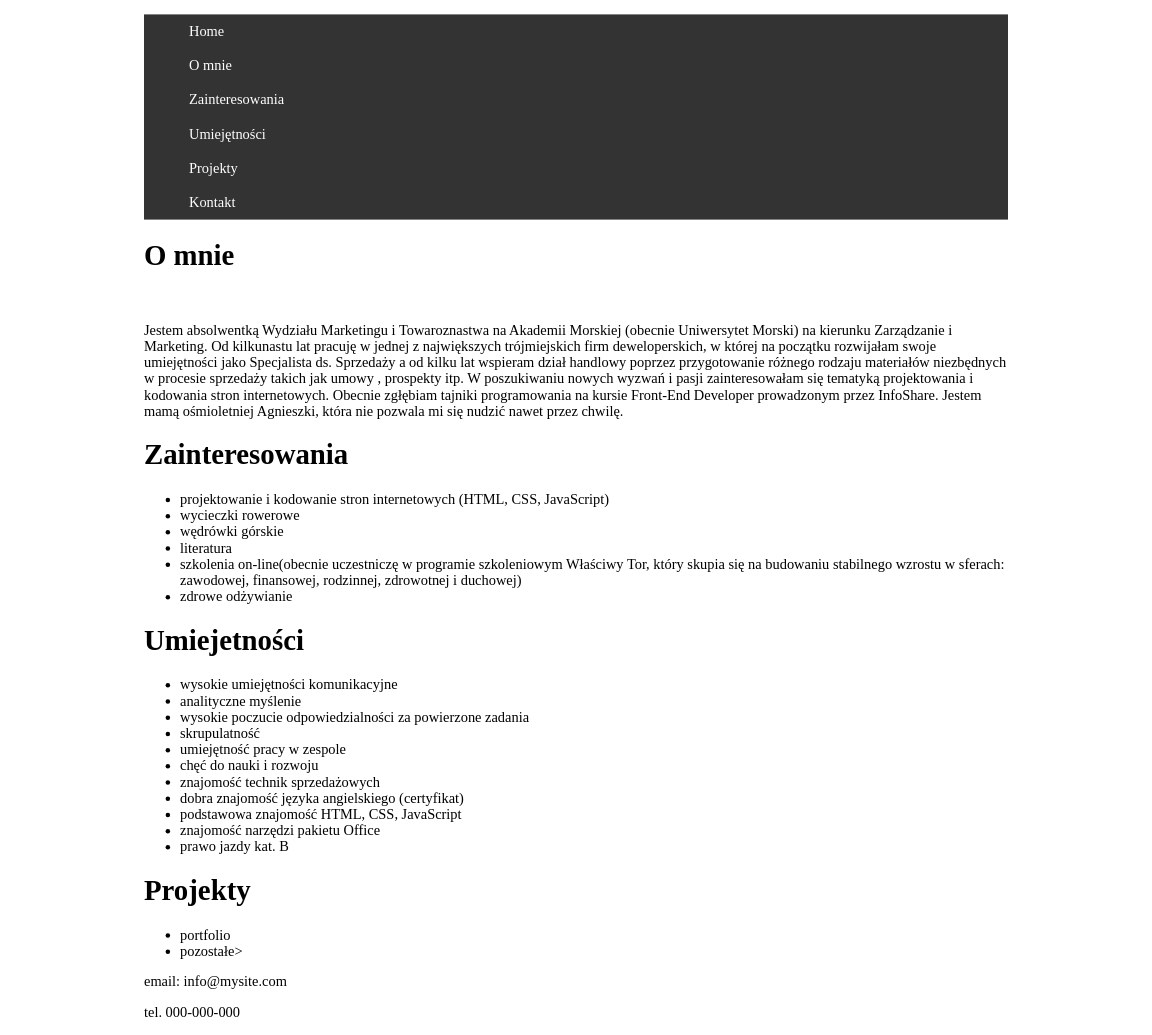
Repository: MagJaw/portfolio
Page: portfolio.html
These files come from the project's save history. The page is drawn as it stood at one moment and after the next save; the edit follows.
The browser window is 1280 px wide. The pictures show the whole page, at 90% of full size.
The pointer rests on the first visible `.menu__container a`.

Above is the page before, as saved 2018-11-11 20:16:38.

After the next save:
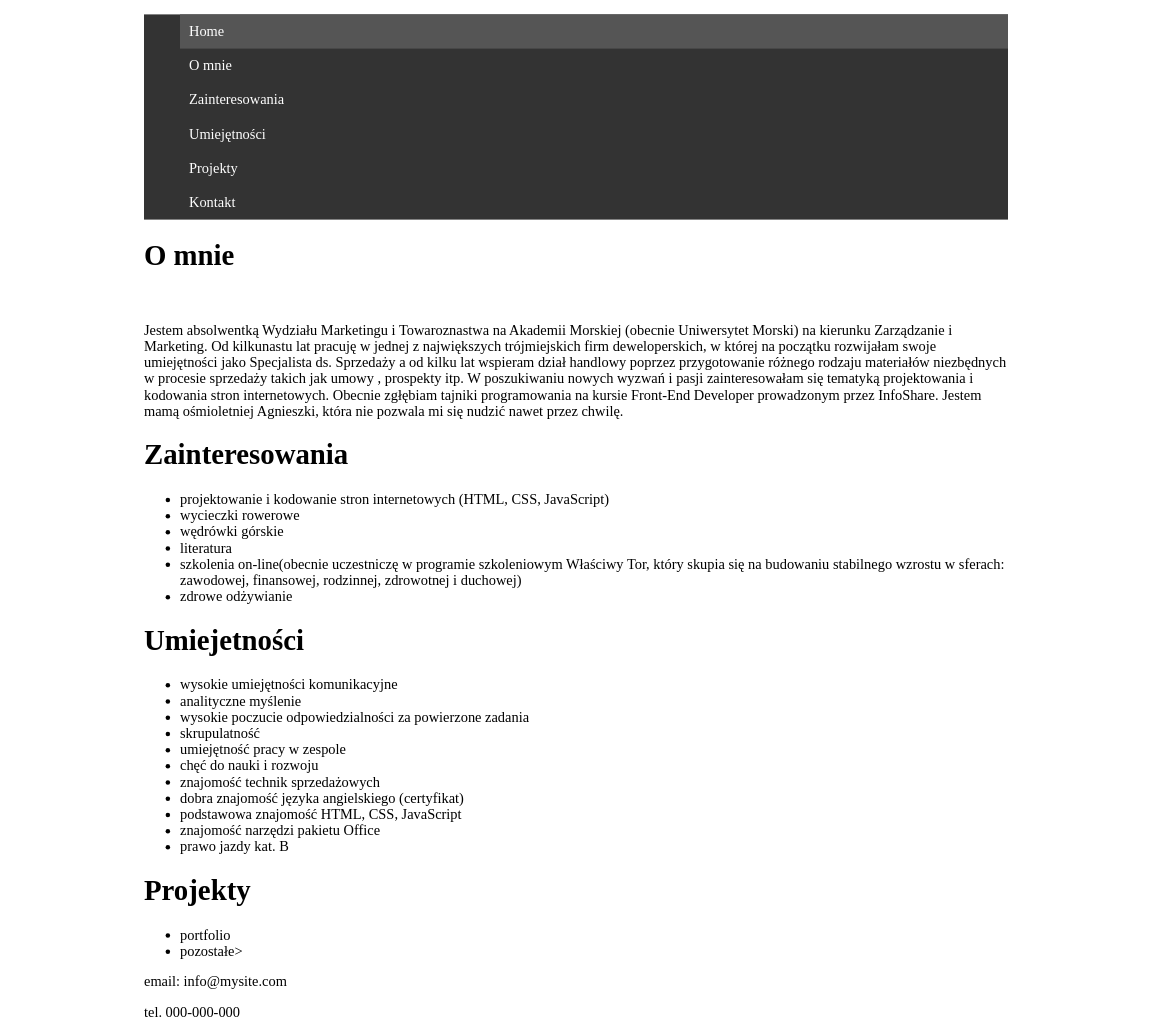
Saved 7 min 12 s later.
--- a/main.css
+++ b/main.css
@@ -19,3 +19,7 @@ background:  #333;
     display: block;
     padding: 10px;
 }
+
+.menu__container a:hover {
+    background-color: #555;
+}
